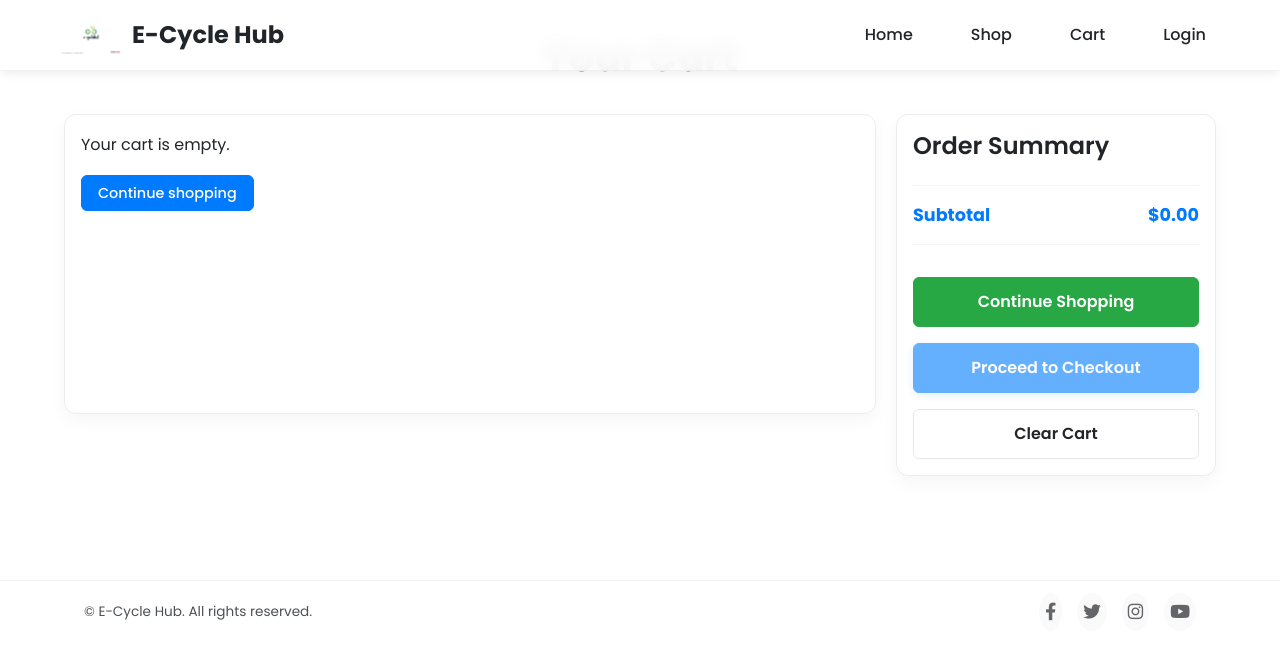
Repository: Rutuja-g/E-Cycle-Hub
Page: public/cart.html
The author's editor kept a copy of each file at every save. The page is drawn from the files as they stood at one save, then again after the next save.
The browser window is 1280 px wide. The pictures show the whole page.

Above is the page before, as saved 2025-10-24 18:34:13.

After the next save:
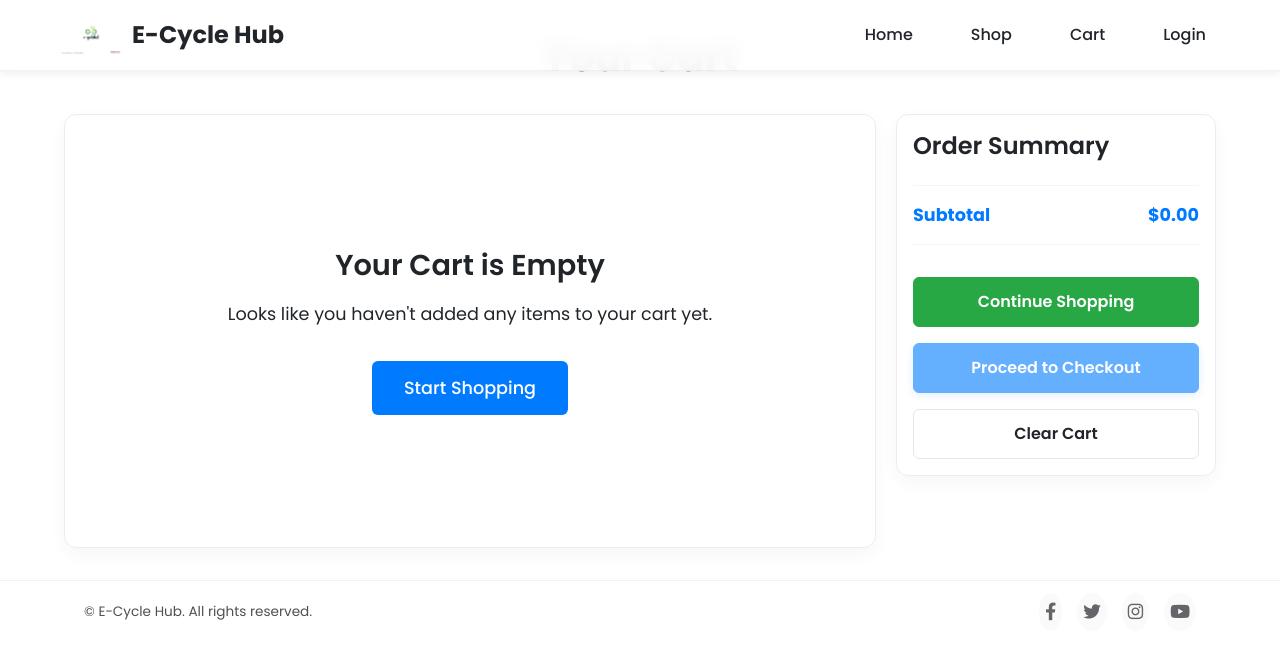
Saved 33 s later.
--- a/public/js/cart.js
+++ b/public/js/cart.js
@@ -47,8 +47,13 @@
   }
 
   function renderEmpty(container) {
-    container.innerHTML =
-      '<div class="empty"><p>Your cart is empty.</p><p><a href="products.html" class="btn ghost">Continue shopping</a></p></div>';
+    container.innerHTML = `
+      <div class="cart-empty">
+        <h2>Your Cart is Empty</h2>
+        <p>Looks like you haven't added any items to your cart yet.</p>
+        <a href="shop.html" class="btn btn-primary">Start Shopping</a>
+      </div>
+    `;
     document.getElementById("total-price").textContent = formatPrice(0);
     document.getElementById("checkout-button").disabled = true;
   }
